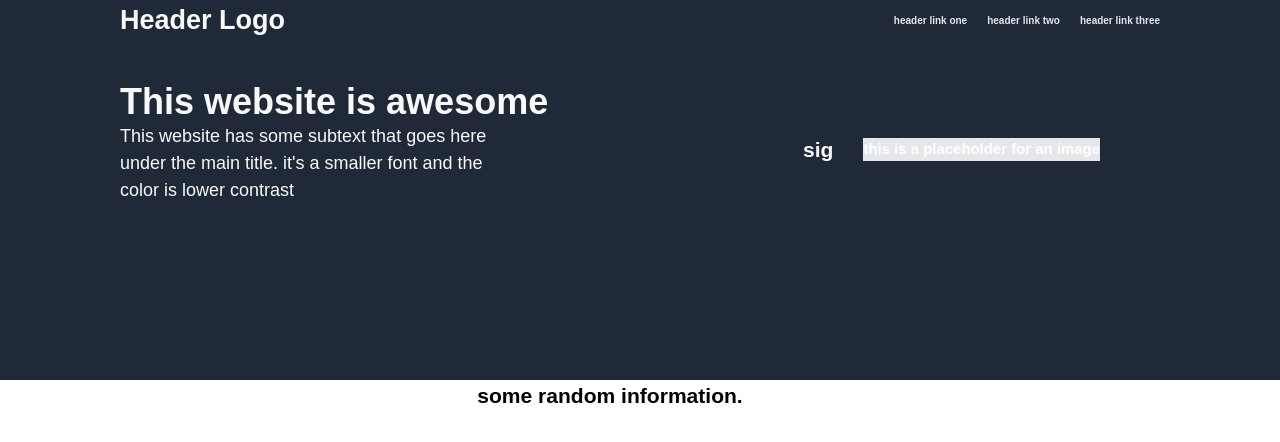
Repository: Grace561/css-exercises
Page: index.html
These files come from the project's save history. The page is drawn as it stood at one moment and after the next save; the edit follows.
The browser window is 1280 px wide. The pictures show the whole page.

Above is the page before, as saved 2025-04-18 02:50:08.

After the next save:
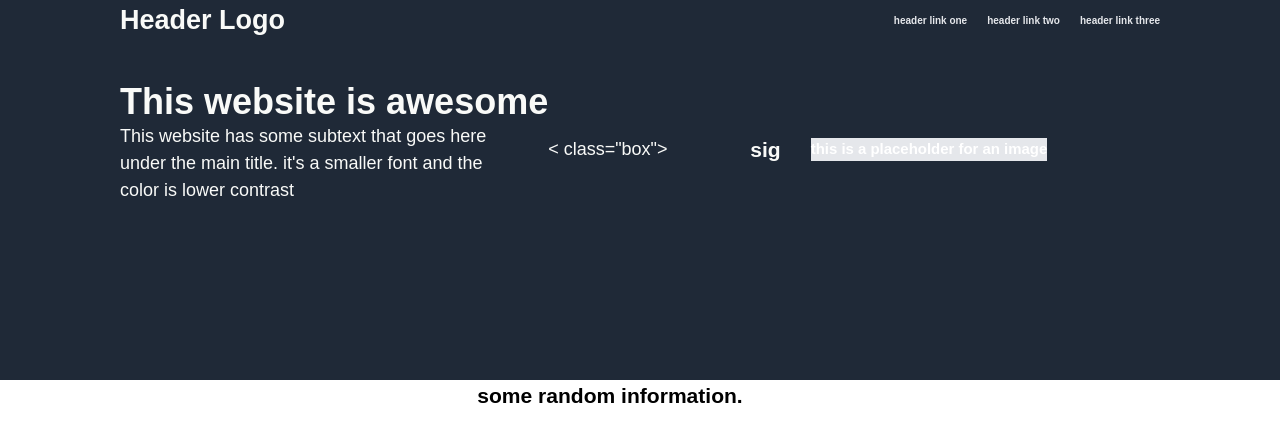
Saved 53 s later.
--- a/index.html
+++ b/index.html
@@ -34,7 +34,7 @@
                 contrast
             </p>
         </div>
-        <div class="box">
+        < class="box">
             <div class="container">
                 <div class="box">
                     <h3>sig</h3>
